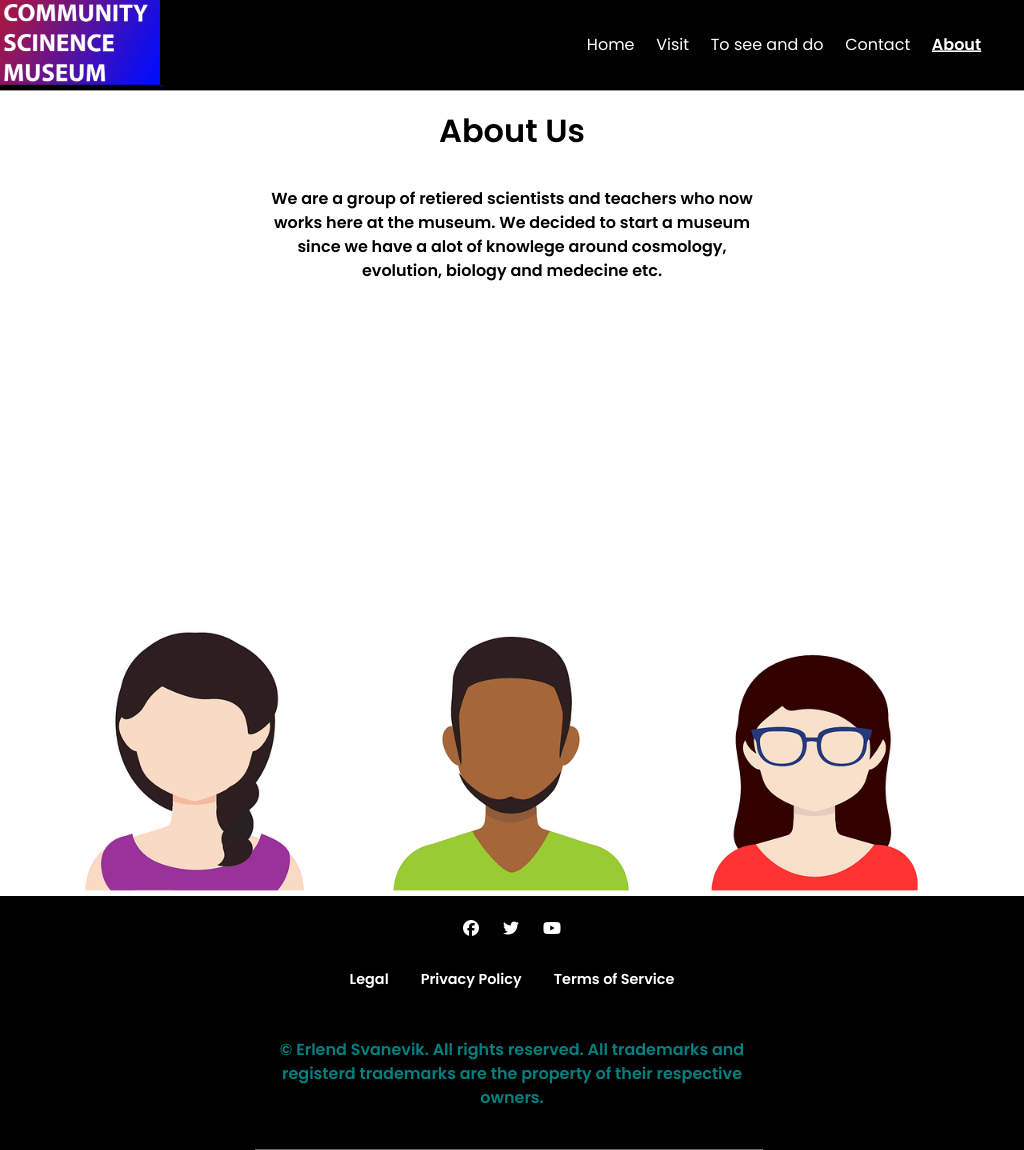
Repository: EpleWasTaken/Semester-Project
Page: about.html
An editor plug-in stored every save of this project. The page is shown before and after the next save, followed by the edit.
The browser window is 1280 px wide. The pictures show the whole page, at 80% of full size.
Some web libraries are served in a nearby version.

Above is the page before, as saved 2020-12-12 12:53:19.

After the next save:
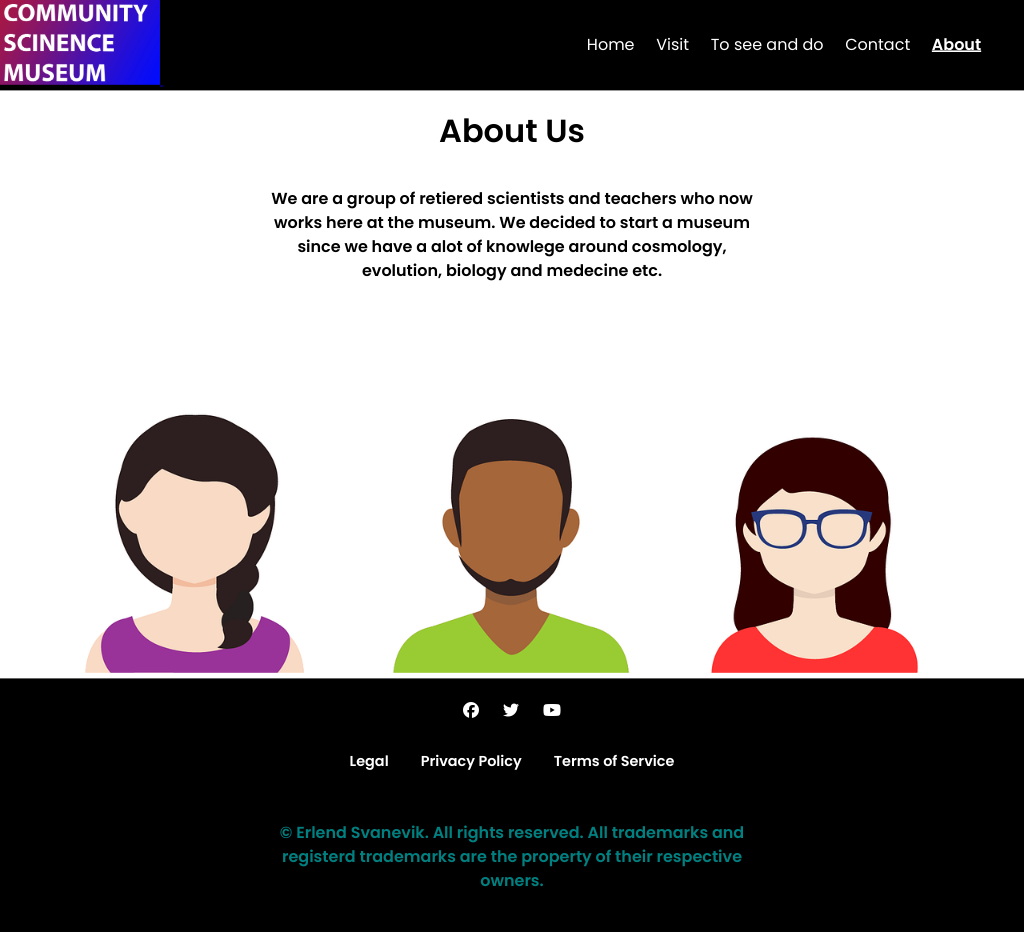
Saved 107 s later.
--- a/about.html
+++ b/about.html
@@ -48,7 +48,7 @@
             <p>We are a group of retiered scientists and teachers who now works here at the museum. We decided to start a museum since we have a alot of knowlege around cosmology, evolution, biology and medecine etc.</p>
         </div>
     </div>
-    <img src="./Images/avatar-2191918_1280.png">
+    <img src="./Images/Avatar2.png">
 </main>
 
 
